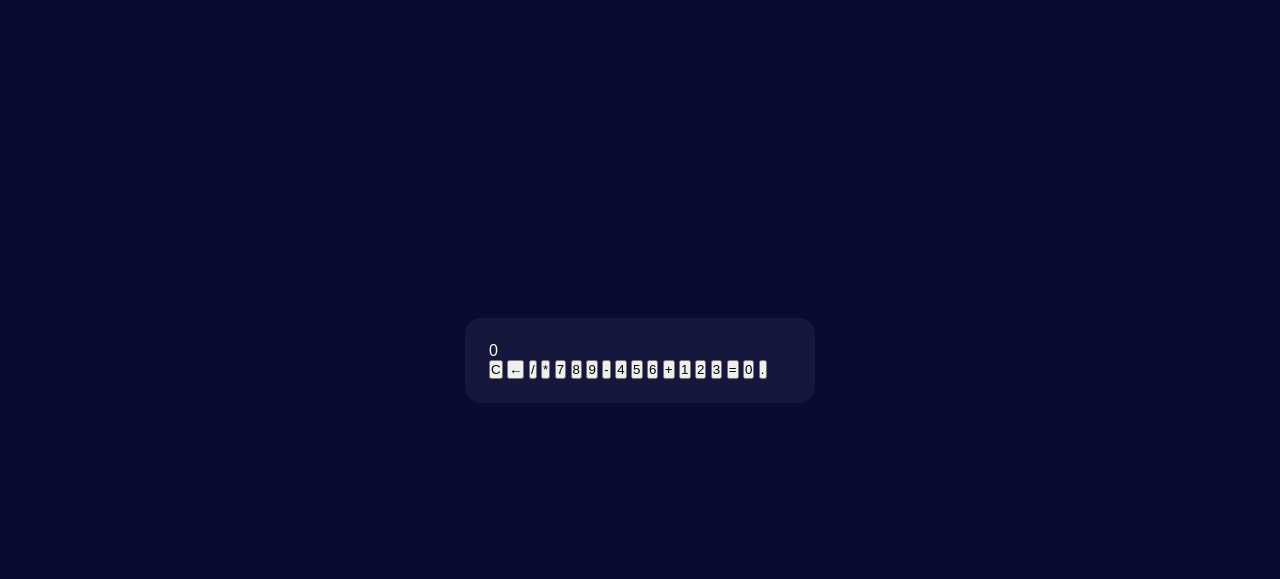
Repository: Herinyhert/Calculator
Page: index.html
These files come from the project's save history. The page is drawn as it stood at one moment and after a run of saves; the edit follows.
The browser window is 1280 px wide. The pictures show the whole page.

Above is the page before, as saved 2023-05-21 20:42:13.

After the next 3 saves:
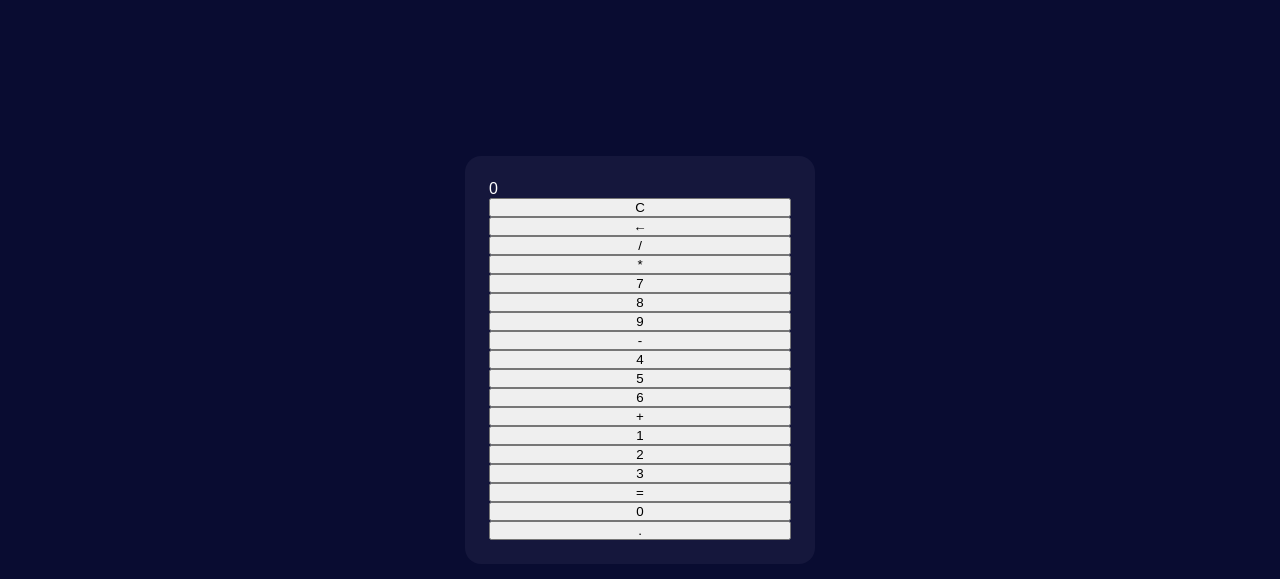
The 3 saves are shown as one change because they came seconds apart.
The last was saved 9 s later.
--- a/css/main.css
+++ b/css/main.css
@@ -20,5 +20,6 @@ body{
     max-width: 100%;
     padding: 1.5rem;
     border-radius: 1rem;
-    display: ;
+    display: grid;
+    grid-template-columns: ;
 }
